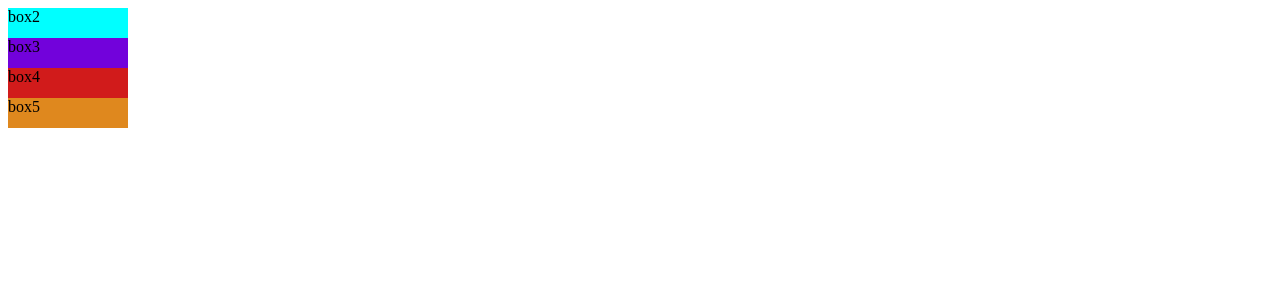
Repository: ABDUSALIMSUBAHIELBASHI/full-html-css-js
Page: Desktop/coding/css/indexday2.html
An editor plug-in stored every save of this project. The page is shown before and after the next save, followed by the edit.
The browser window is 1280 px wide. The pictures show the whole page.

Above is the page before, as saved 2025-09-16 10:40:45.

After the next save:
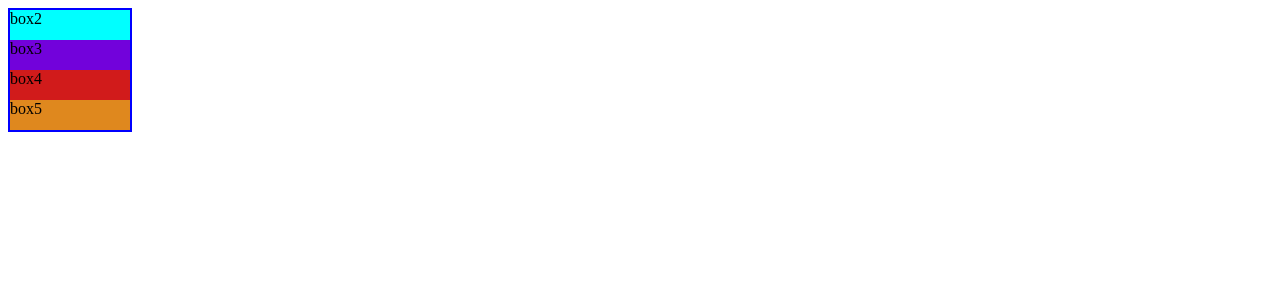
Saved 2 min 7 s later.
--- a/Desktop/coding/css/indexday2.css
+++ b/Desktop/coding/css/indexday2.css
@@ -5,6 +5,7 @@
     justify-items: center;
     height: 80vh;
     flex-direction: column;
+    border: 2px solid blue;
 }
 #box{
     width: 120px;
